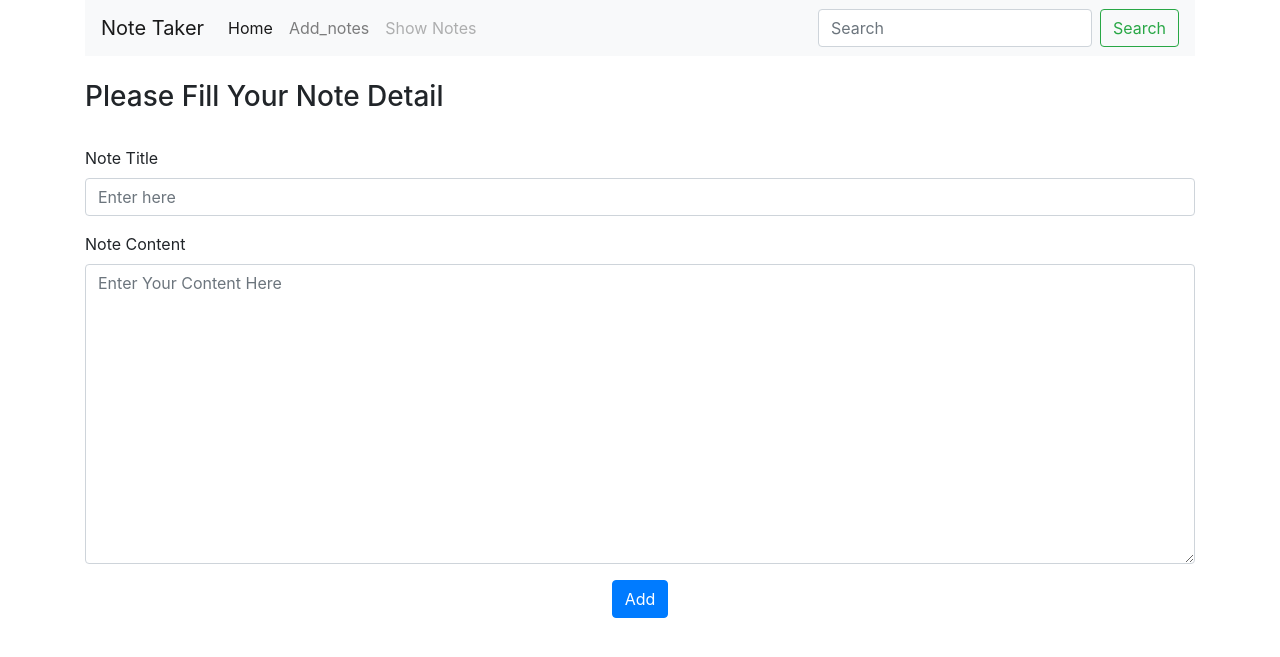
Repository: PratibhaMastud/index.jsp
Page: http://localhost/JavaWebApp/add_notes.jsp
These files come from the project's save history. The page is drawn as it stood at one moment and after the next save; the edit follows.
The browser window is 1280 px wide. The pictures show the whole page.
Some web libraries are served in a nearby version. The page is served by Tomcat 9.

Above is the page before, as saved 2020-06-29 06:47:01.

After the next save:
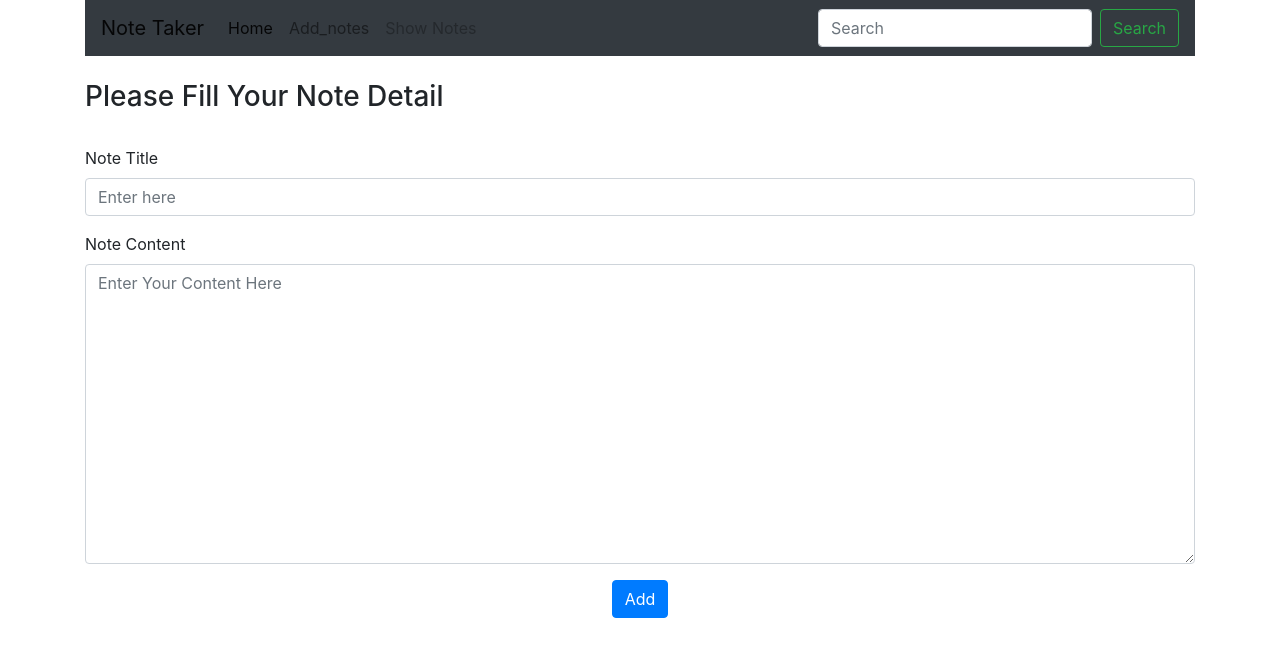
Saved 15 s later.
--- a/JavaWebApp/src/main/webapp/navbar.jsp
+++ b/JavaWebApp/src/main/webapp/navbar.jsp
@@ -1,4 +1,4 @@
-<nav class="navbar navbar-expand-lg navbar-light bg-light">
+<nav class="navbar navbar-expand-lg navbar-light bg-dark">
   <a class="navbar-brand" href="#">Note Taker</a>
   <button class="navbar-toggler" type="button" data-toggle="collapse" data-target="#navbarSupportedContent" aria-controls="navbarSupportedContent" aria-expanded="false" aria-label="Toggle navigation">
     <span class="navbar-toggler-icon"></span>

After the save that followed:
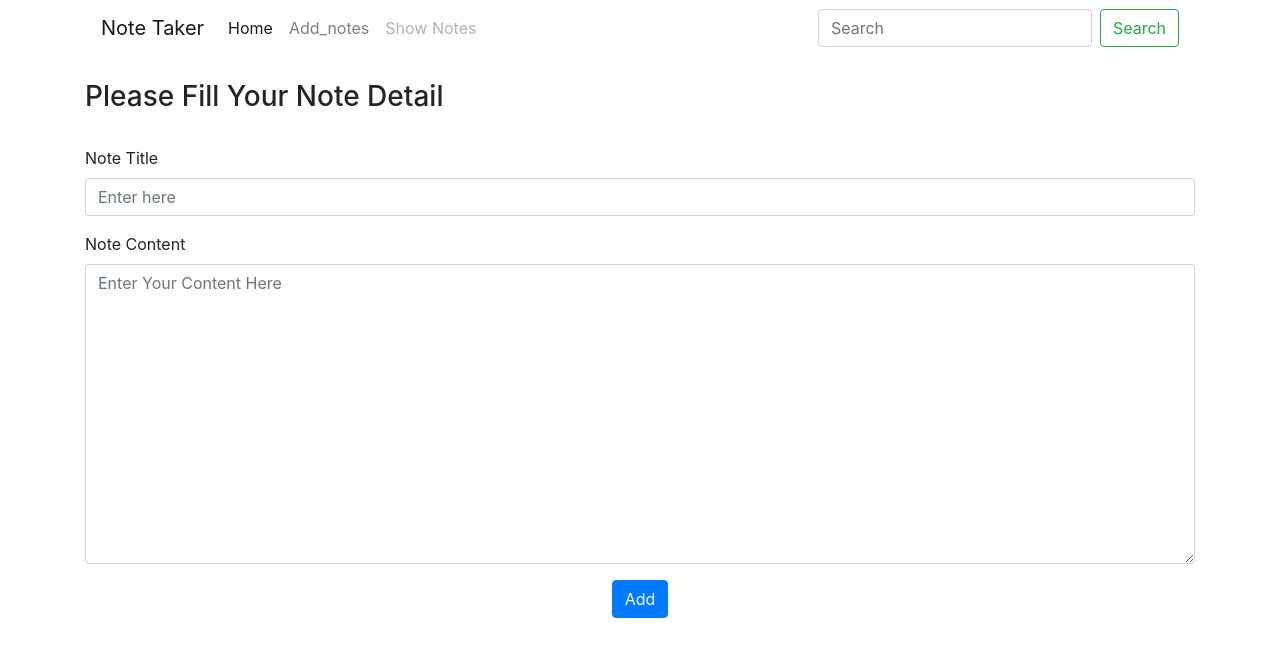
Saved 43 s later.
--- a/JavaWebApp/src/main/webapp/navbar.jsp
+++ b/JavaWebApp/src/main/webapp/navbar.jsp
@@ -1,4 +1,4 @@
-<nav class="navbar navbar-expand-lg navbar-light bg-dark">
+<nav class="navbar navbar-expand-lg navbar-light bg-purple">
   <a class="navbar-brand" href="#">Note Taker</a>
   <button class="navbar-toggler" type="button" data-toggle="collapse" data-target="#navbarSupportedContent" aria-controls="navbarSupportedContent" aria-expanded="false" aria-label="Toggle navigation">
     <span class="navbar-toggler-icon"></span>
